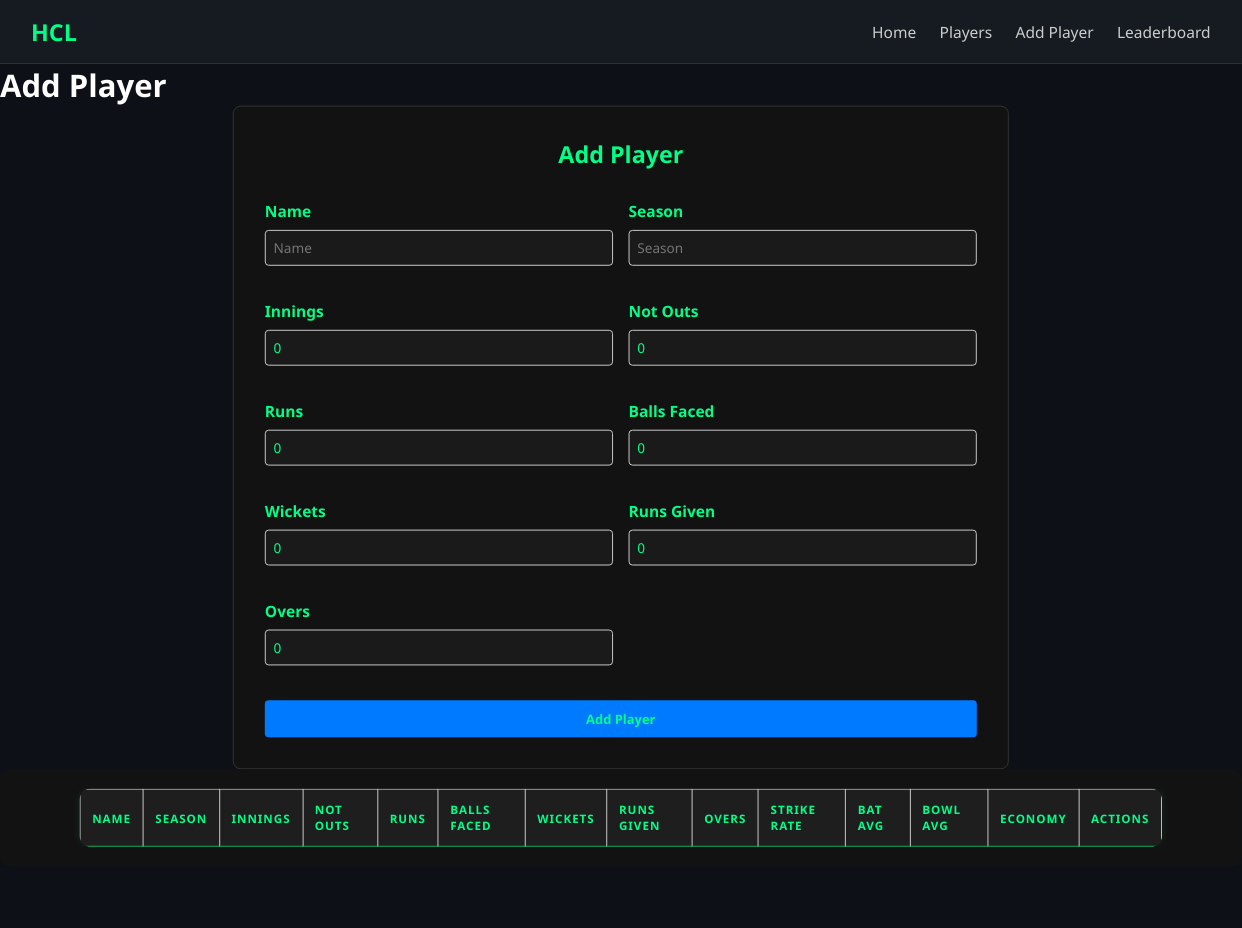
Repository: DanTastic-Dev/HCL
Page: /add (app in cricket-app/)
These files come from the project's save history. The page is drawn as it stood at one moment and after the next save; the edit follows.
The browser window is 1280 px wide. The pictures show the whole page, at 97% of full size.
The page's requests for data from a server got no answer. The project was rebuilt for these pictures with package versions that can differ from the ones it lists, and the page was loaded fresh each time. No one was signed in, and anything a server would have sent is missing. Also part of the build but not shown: cricket-app/src/components/TopPerformers.jsx, cricket-app/src/components/MiniLeaderboards.jsx, cricket-app/src/components/IntroAnimation.css, cricket-app/src/pages/HomePage.jsx, cricket-app/src/components/PlayerCard.jsx, cricket-app/src/pages/ViewPlayersPage.jsx, cricket-app/src/pages/LeaderboardPage.jsx, cricket-app/src/pages/EditPlayerPage.jsx.

Above is the page before, as saved 2025-06-18 16:12:29.

After the next save:
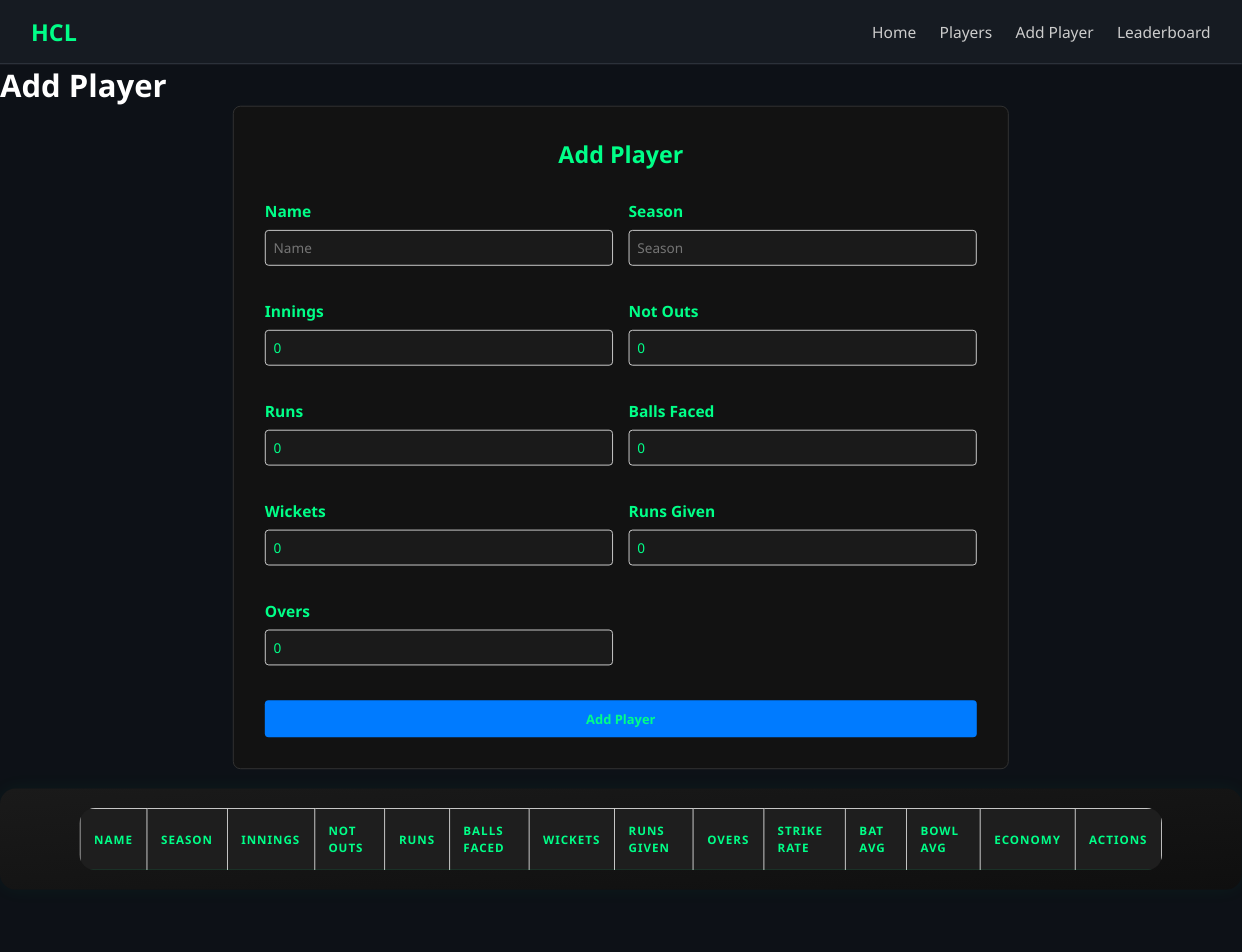
Saved 107 s later.
--- a/cricket-app/src/components/PlayerTable.jsx
+++ b/cricket-app/src/components/PlayerTable.jsx
@@ -54,30 +54,35 @@ const PlayerTable = ({ players, setPlayers }) => {
     };
 
     return (
-        <div style={{ padding: "20px", backgroundColor: "#121212", color: "white", borderRadius: "10px" }}>
-            {/* <h2 style={{ color: "#00FF88", marginBottom: "1rem" }}>Players</h2> */}
+        <div style={{
+            padding: "20px",
+            background: "linear-gradient(to bottom right, #1a1a1a, #0f0f0f)",
+            color: "white",
+            borderRadius: "16px",
+            boxShadow: "0 0 20px rgba(0,255,136,0.05)",
+            marginTop: "20px"
+        }}>
             <div style={{ overflowX: "auto" }}>
                 <table style={{
-                    width: "90%", // reduced from 100%
-                    margin: "0 auto", // center the table
+                    width: "90%",
+                    margin: "0 auto",
                     borderCollapse: "collapse",
-                    borderRadius: "12px", // more visible rounded corners
-                    overflow: "hidden", // ensure border radius works
-                    boxShadow: "0 0 10px rgba(0, 255, 136, 0.1)" // optional: soft glow
+                    borderRadius: "16px",
+                    overflow: "hidden",
+                    backgroundColor: "#181818"
                 }}>
-
-
                     <thead>
-                        <tr style={{ backgroundColor: "#2c2c2c" }}>
+                        <tr>
                             {["Name", "Season", "Innings", "Not Outs", "Runs", "Balls Faced", "Wickets", "Runs Given", "Overs", "Strike Rate", "Bat Avg", "Bowl Avg", "Economy", "Actions"].map((h, i) => (
                                 <th key={i} style={{
+                                    padding: "14px",
                                     color: "#00FF88",
-                                    padding: "12px",
-                                    borderBottom: "1px solid #00FF88",
+                                    fontSize: "12px",
                                     textTransform: "uppercase",
-                                    fontSize: "12px",
+                                    backgroundColor: "#1e1e1e",
                                     letterSpacing: "1px",
-                                    backgroundColor: "#1f1e1e" // ✅ Add this line!
+                                    fontWeight: "600",
+                                    borderBottom: "1px solid rgba(0,255,136,0.1)"
                                 }}>
                                     {h}
                                 </th>
@@ -89,12 +94,12 @@ const PlayerTable = ({ players, setPlayers }) => {
                             <tr
                                 key={p._id}
                                 style={{
-                                    backgroundColor: index % 2 === 0 ? "#181818" : "#151515",
+                                    backgroundColor: index % 2 === 0 ? "#121212" : "#101010",
                                     textAlign: "center",
-                                    transition: "background 0.3s"
+                                    transition: "background 0.3s ease"
                                 }}
-                                onMouseEnter={e => e.currentTarget.style.backgroundColor = "#222"}
-                                onMouseLeave={e => e.currentTarget.style.backgroundColor = index % 2 === 0 ? "#181818" : "#151515"}
+                                onMouseEnter={e => e.currentTarget.style.backgroundColor = "#1c1c1c"}
+                                onMouseLeave={e => e.currentTarget.style.backgroundColor = index % 2 === 0 ? "#121212" : "#101010"}
                             >
                                 <td>{p.name}</td>
                                 <td>{p.season}</td>
@@ -114,13 +119,13 @@ const PlayerTable = ({ players, setPlayers }) => {
                                         onClick={() => handleEdit(p._id)}
                                         style={{
                                             backgroundColor: "#00FF88",
-                                            color: "#121212",
+                                            color: "#0f0f0f",
                                             border: "none",
-                                            padding: "6px 10px",
-                                            borderRadius: "5px",
+                                            padding: "6px 12px",
+                                            borderRadius: "6px",
                                             cursor: "pointer",
                                             marginRight: "6px",
-                                            fontWeight: "bold",
+                                            fontWeight: "600",
                                             fontSize: "12px"
                                         }}
                                     >
@@ -132,10 +137,10 @@ const PlayerTable = ({ players, setPlayers }) => {
                                             backgroundColor: "#ff4d4d",
                                             color: "#fff",
                                             border: "none",
-                                            padding: "6px 10px",
-                                            borderRadius: "5px",
+                                            padding: "6px 12px",
+                                            borderRadius: "6px",
                                             cursor: "pointer",
-                                            fontWeight: "bold",
+                                            fontWeight: "600",
                                             fontSize: "12px"
                                         }}
                                     >
